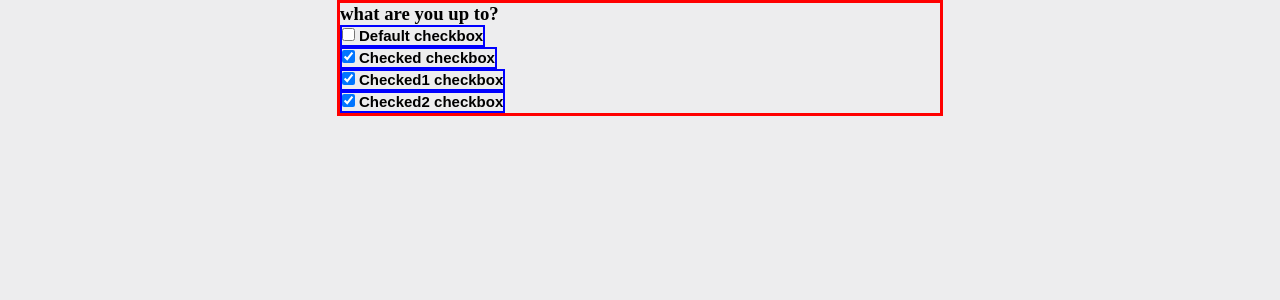
Repository: Grace229/Hasob-form
Page: index.html
An editor plug-in stored every save of this project. The page is shown before and after a run of saves, followed by the edit.
The browser window is 1280 px wide. The pictures show the whole page.

Above is the page before, as saved 2020-12-26 19:42:37.

After the next 3 saves:
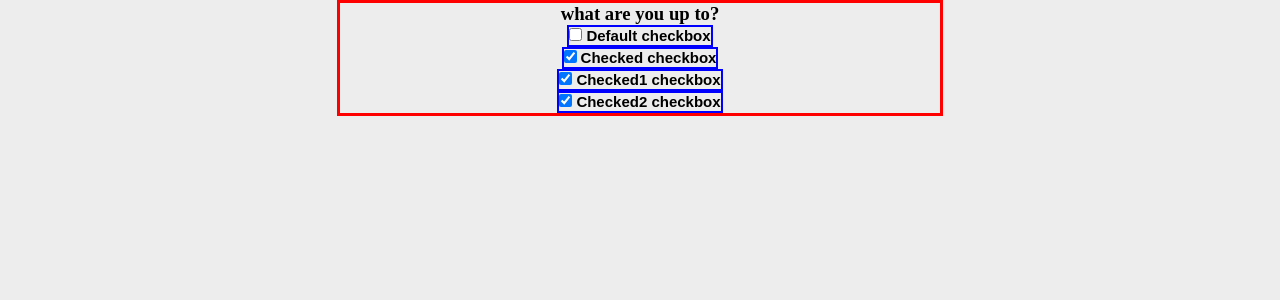
The 3 saves are shown as one change because they came seconds apart.
The last was saved 11 s later.
--- a/index.html
+++ b/index.html
@@ -8,7 +8,7 @@
 </head>
 <body>
     <!-- Default checkbox -->
-    <div class="container" align>
+    <div class="container" align="center">
         <div class="question">
             <h3>what are you up to?</h3>
         </div>
